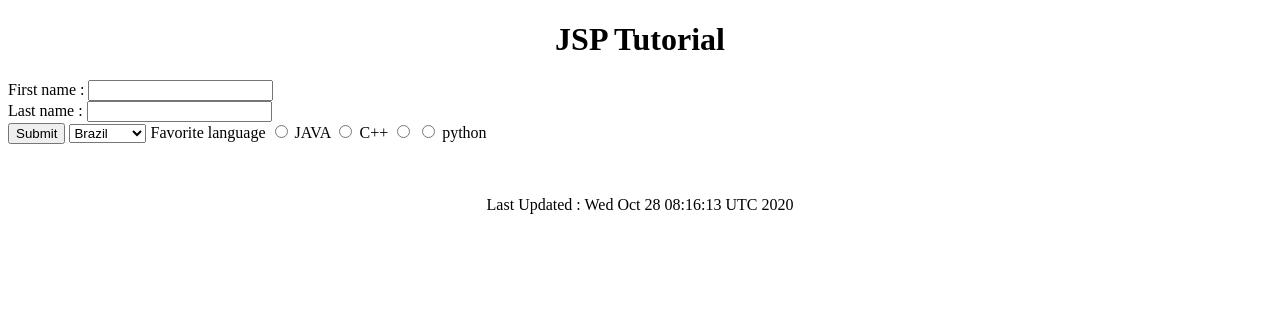
Repository: Gyepike/JSP
Page: http://localhost/JSPDemo/student-dropdownform.jsp
The author's editor kept a copy of each file at every save. The page is drawn from the files as they stood at one save, then again after the next save.
The browser window is 1280 px wide. The pictures show the whole page.
The page is served by Tomcat 9. Other server files are loaded and not shown.

Above is the page before, as saved 2020-10-30 21:23:39.

### JSPDemo/WebContent/student-dropdownform.jsp
<%@ page language="java" contentType="text/html; charset=UTF-8"
    pageEncoding="UTF-8"%>
<!DOCTYPE html>
<html>
<head>
<meta charset="UTF-8">
<title>Insert title here</title>
</head>
<body>
  <jsp:include page="my-header.html"></jsp:include>
     <form action="student-response-dropdown.jsp" method="GET">
       First name : <input type="text" name="firstName">
       <br/>
       Last name : <input type="text" name="lastName">
       <br/>

       <input type="submit" value="Submit">

        <select name="country">
          <option>Brazil</option>
   	      <option>Germany</option>
   	      <option>Turkey</option>
   	      <option>UK</option>
   	    </select>
         Favorite language
         <input type="radio" name="programming" value="JAVA"> JAVA
         <input type="radio" name="programming" value="C++"> C++
         <input type="radio" name="programming" value="C">
         <input type="radio" name="programming" value="Python"> python

     </form>
     <br/> <br/>
    <jsp:include page="my-footer.jsp"></jsp:include>
</body>
</html>

### JSPDemo/WebContent/my-footer.jsp
<%@ page language="java" contentType="text/html; charset=UTF-8"
    pageEncoding="UTF-8"%>
<!DOCTYPE html>
<html>
<head>
<meta charset="UTF-8">
</head>
<body>
   <p align="center">
   Last Updated : <%= new java.util.Date() %>
   </p>
</body>
</html>

Loaded but not shown: JSPDemo/WebContent/my-header.html (common file)

After the next save:
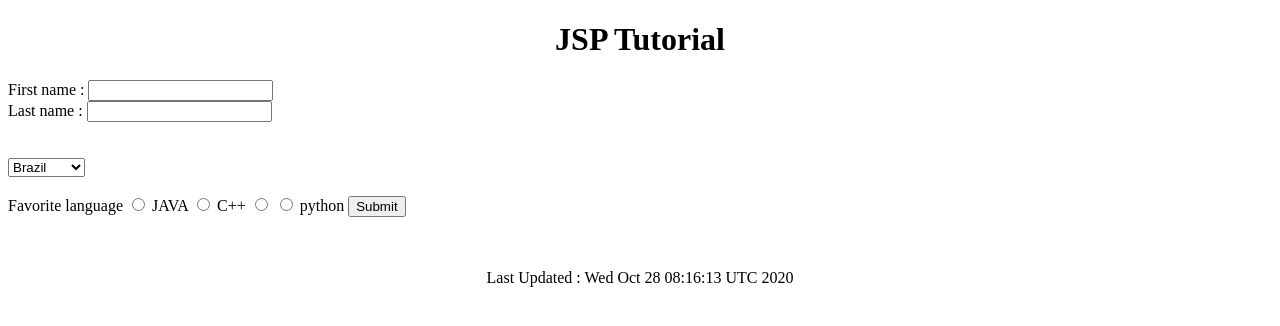
Saved 38 s later.
--- a/JSPDemo/WebContent/student-dropdownform.jsp
+++ b/JSPDemo/WebContent/student-dropdownform.jsp
@@ -14,20 +14,24 @@
        Last name : <input type="text" name="lastName">
        <br/>
 
-       <input type="submit" value="Submit">
 
+       <br/> <br/>
         <select name="country">
           <option>Brazil</option>
    	      <option>Germany</option>
    	      <option>Turkey</option>
    	      <option>UK</option>
    	    </select>
+
+   	    <br/> <br/>
          Favorite language
          <input type="radio" name="programming" value="JAVA"> JAVA
          <input type="radio" name="programming" value="C++"> C++
          <input type="radio" name="programming" value="C">
          <input type="radio" name="programming" value="Python"> python
 
+         <input type="submit" value="Submit">
+
      </form>
      <br/> <br/>
     <jsp:include page="my-footer.jsp"></jsp:include>
